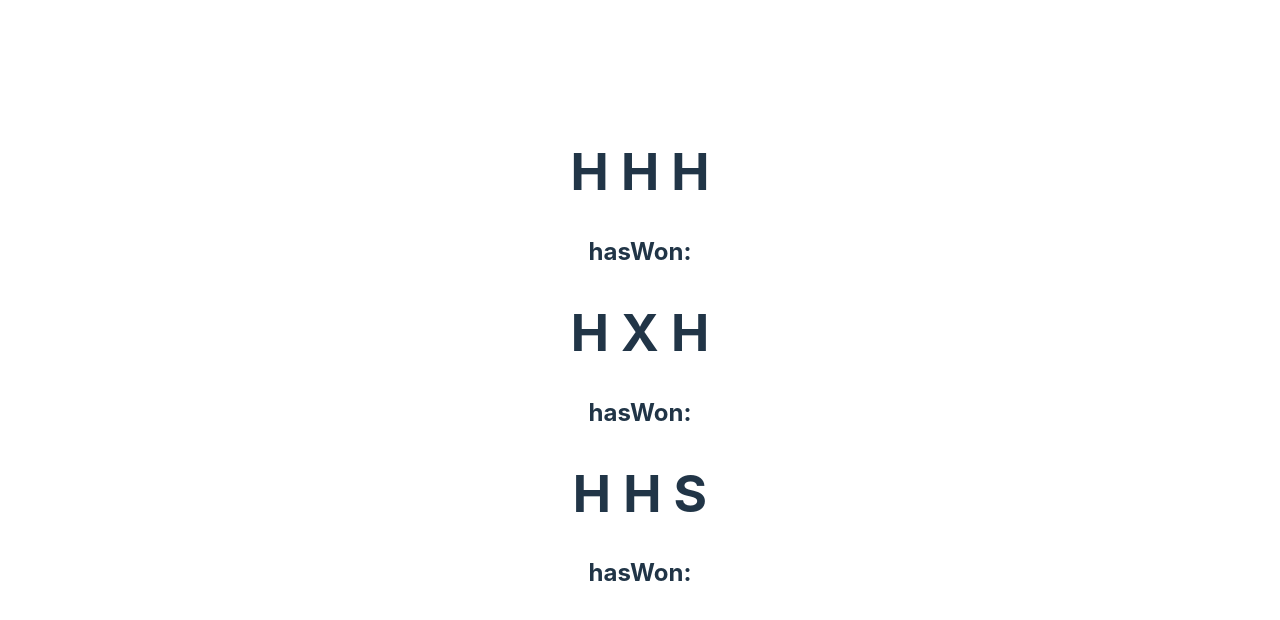
Repository: SmooothCriminal001/ReactLearning
Page: / (app in slot-machine-exercise/)
An editor plug-in stored every save of this project. The page is shown before and after the next save, followed by the edit.
The browser window is 1280 px wide. The pictures show the whole page.
The project was rebuilt for these pictures with package versions that can differ from the ones it lists, and the page was loaded fresh each time. Also part of the build but not shown: slot-machine-exercise/vite.config.js.

Above is the page before, as saved 2024-07-25 14:10:22.

After the next save:
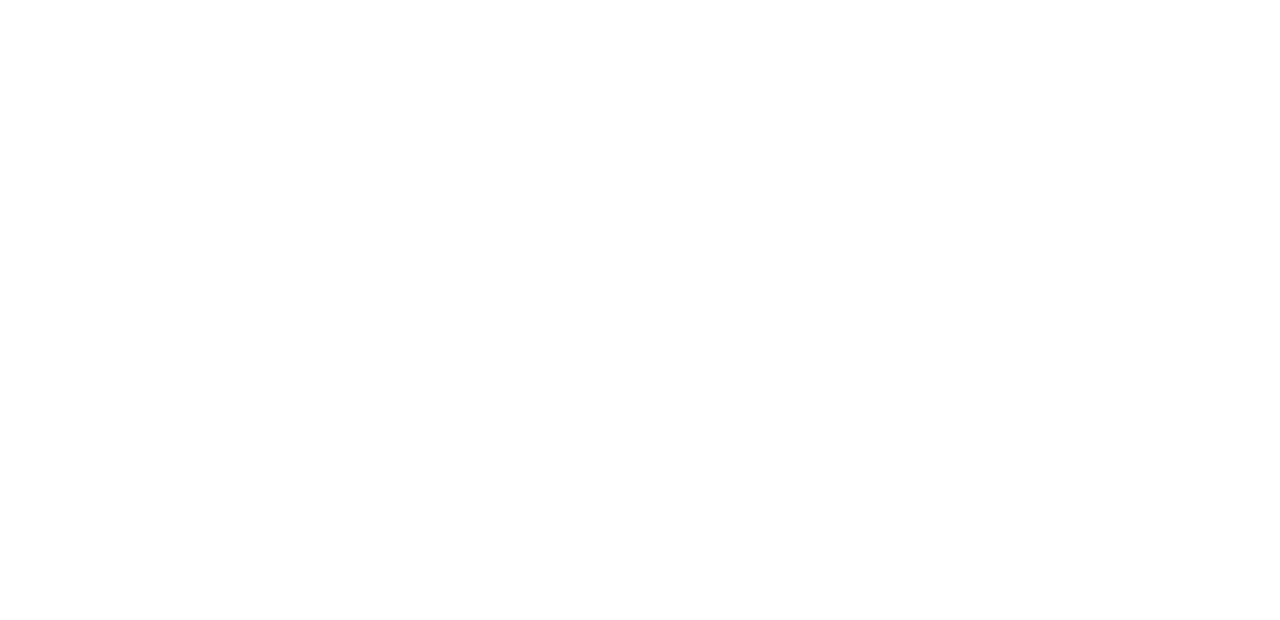
Console error: TypeError: firstPull.equals is not a function
Saved 46 s later.
--- a/slot-machine-exercise/src/Slots.jsx
+++ b/slot-machine-exercise/src/Slots.jsx
@@ -1,7 +1,7 @@
 import "./Slots.css"
 
 export default function Slots({ firstPull, secondPull, thirdPull}){
-    const hasWon = firstPull === secondPull ? true : false
+    const hasWon = firstPull.equals(secondPull) ? true : false
     return <>
         <h1>{firstPull} {secondPull} {thirdPull}</h1>
         <h2>hasWon: {hasWon}</h2>

After the save that followed:
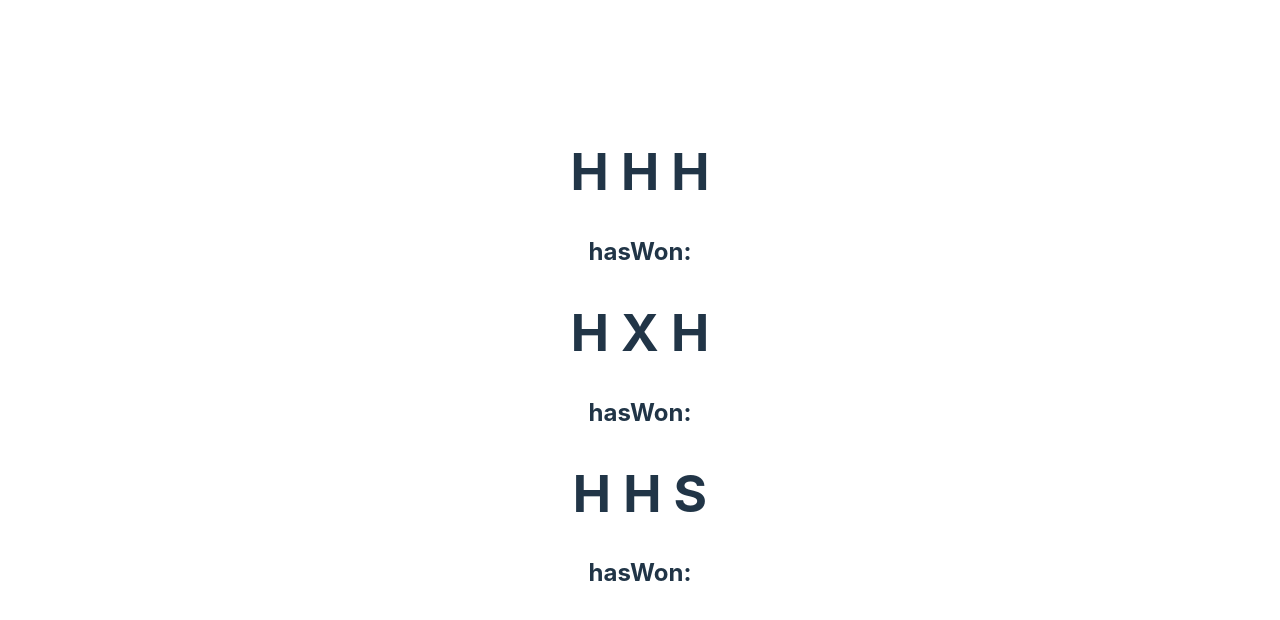
The error is gone.
Saved 16 s later.
--- a/slot-machine-exercise/src/Slots.jsx
+++ b/slot-machine-exercise/src/Slots.jsx
@@ -1,7 +1,7 @@
 import "./Slots.css"
 
 export default function Slots({ firstPull, secondPull, thirdPull}){
-    const hasWon = firstPull.equals(secondPull) ? true : false
+    const hasWon = firstPull === secondPull ? true : false
     return <>
         <h1>{firstPull} {secondPull} {thirdPull}</h1>
         <h2>hasWon: {hasWon}</h2>
